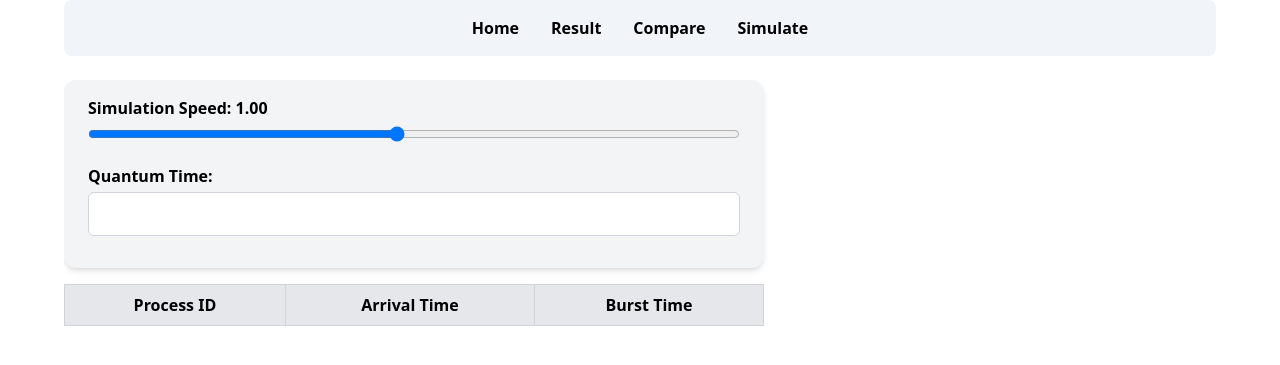
Repository: ujjwalkathait/Process_Scheduler
Page: /simulate
The author's editor kept a copy of each file at every save. The page is drawn from the files as they stood at one save, then again after a run of saves.
The browser window is 1280 px wide. The pictures show the whole page.
The project was rebuilt for these pictures with package versions that can differ from the ones it lists, and the page was loaded fresh each time. Also part of the build but not shown: vite.config.js, src/components/CompareAlgorithmsChart.jsx, src/components/GanttChart.jsx, src/components/GanttChartTable.jsx, src/helpers/ComputeStatistics.js, src/algorithms/FCFS.js, src/algorithms/SJF.js, src/algorithms/Priority.js and 15 more.

Above is the page before, as saved 2025-05-16 08:46:06.

### index.html
<!doctype html>
<html lang="en">
  <head>
    <meta charset="UTF-8" />
    <link rel="icon" type="image/svg+xml" href="./src/assets/scheduling_favicon.jpeg" />
    <meta name="viewport" content="width=device-width, initial-scale=1.0" />
    <title>CPU Scheduling Algorithms Visualization</title>
  </head>
  <body>
    <div id="root"></div>
    <script type="module" src="/src/main.jsx"></script>
  </body>
</html>

### src/main.jsx
import ReactDOM from 'react-dom/client';
import { BrowserRouter } from 'react-router-dom';
import App from './App';
import React from 'react';
import './index.css';

ReactDOM.createRoot(document.getElementById('root')).render(
  <React.StrictMode>
    <App />
  </React.StrictMode>,
)

### src/App.jsx
import React, { useState } from 'react';
import { ToastContainer } from 'react-toastify';
import 'react-toastify/dist/ReactToastify.css';
import Compare from './pages/Compare';
import Home from './pages/Home';
import Result from './pages/Result';
import { Link, Route, BrowserRouter as Router, Routes } from 'react-router-dom';
import { ProcessProvider } from './context/ProcessContext';
import Simulate from './pages/Simulate';

function App() {

  return (
    <ProcessProvider>
      <Router>
        <div className="overflow-x-hidden mx-[5%] mb-[1rem]">
          <nav className="flex justify-center gap-8 p-4 bg-slate-100 rounded-lg">
            <Link to="/" className="font-semibold hover:underline">Home</Link>
            <Link to="/result" className="font-semibold hover:underline">Result</Link>
            <Link to="/compare" className="font-semibold hover:underline">Compare</Link>
            <Link to="/simulate" className="font-semibold hover:underline">Simulate</Link>
          </nav>
          <ToastContainer />
          <Routes>
            <Route path="/" element={<Home />} />
            <Route path="/result" element={<Result />} />
            <Route path="/compare" element={<Compare />} />
            <Route path="/simulate" element={<Simulate />} />

          </Routes>
        </div>
      </Router>
    </ProcessProvider>
  );
}

export default App

### src/index.css
@tailwind base;
@tailwind components;
@tailwind utilities;

input[type="number"] {
  @apply border border-gray-300 rounded-md;
  width: 100%;
  text-align: center;
  font-size: 1.1rem;
}

input[type="radio"] {
  @apply border border-gray-300 rounded-md;
  text-align: center;
  width: 30px;
  margin-top: 0.7rem;
}

.simulate {
  /* background: rgb(49,151,168); */
  letter-spacing: 0.15rem;
  font-weight: 900;
  font-size: 1rem;
}

.reset {
  letter-spacing: 0.08rem;
}

### src/context/ProcessContext.jsx
import React, { createContext, useState } from 'react';

export const ProcessContext = createContext();

export const ProcessProvider = ({ children }) => {
  const [arrivalTime, setArrivalTime] = useState();
  const [burstTime, setBurstTime] = useState();
  const [processId, setProcessID] = useState(1);
  const [processes, setProcesses] = useState([]);
  const [newProcesses, setUpdatedProcesses] = useState([]);
  const [updatedProcesses, setAnotherUpdatedProcesses] = useState([]);
  const [selectedAlgorithm, setSelectedAlgorithm] = useState(0);
  const [priority, setPriority] = useState();
  const [executed, setExecuted] = useState(false);
  const [statisticsData, setStatisticsData] = useState([]);

  const value = {
    arrivalTime,
    burstTime,
    processId,
    processes,
    newProcesses,
    updatedProcesses,
    selectedAlgorithm,
    priority,
    executed,
    statisticsData,
    setArrivalTime,
    setBurstTime,
    setProcessID,
    setProcesses,
    setUpdatedProcesses,
    setAnotherUpdatedProcesses,
    setSelectedAlgorithm,
    setPriority,
    setExecuted,
    setStatisticsData
  };

  return (
    <ProcessContext.Provider value={value}>
      {children}
    </ProcessContext.Provider>
  );
};

### src/pages/Simulate.jsx
import React, { useContext, useState } from 'react';
import { ProcessContext } from '../context/ProcessContext';
import InputTable from '../components/InputTable';
import SimulationControls from '../components/SimulationControls';

export default function Simulate() {
  const {
      processes,
      selectedAlgorithm,
    } = useContext(ProcessContext);
  const [simulationSpeed, setSimulationSpeed] = useState(1.0);
  const [timeQuantum, setTimeQuantum] = useState();

  const handleSimulate = () => { /* start simulation logic */ };
  const handlePause = () => { /* pause simulation logic */ };
  const handleForward = () => { /* forward step logic */ };
  const handleBack = () => { /* backward step logic */ };
  const handleExit = () => { /* cleanup / reset logic */ };

  return (
    <div className="w-full bg-white my-6 flex flex-row gap-10">
      <div className="space-y-4 col-span-1">
        <SimulationControls
          simulationSpeed={simulationSpeed}
          setSimulationSpeed={setSimulationSpeed}
          timeQuantum={timeQuantum}
          setTimeQuantum={setTimeQuantum}
        />
        <InputTable
          processes={processes}
          selectedAlgorithm={selectedAlgorithm}
        />
        {/* <ReadyQueue />
        <div className="space-y-2">
          <CPUStatus status="Idle" algorithm={selectedAlgorithm} />
          <StatsPanel stats={statisticsData} />
        </div> */}
      </div>

      {/* Right Panel */}
      {/* <div className="col-span-2 space-y-4">
        <NavigationButtons />
        <ProcessList />
        <GanttChart />
      </div> */}
    </div>
  );
}

### src/components/InputTable.jsx
import React from 'react'

const InputTable = ({selectedAlgorithm , processes}) => {
    let usesPriority = (selectedAlgorithm === 3 || selectedAlgorithm === 4 || selectedAlgorithm === 7);
  return (
    <table className="w-full border-collapse border border-gray-300 text-center">
        <thead>
            <tr className="bg-gray-200">
            <th className="border border-gray-300 px-4 py-2">Process ID</th>
            <th className="border border-gray-300 px-4 py-2">Arrival Time</th>
            <th className="border border-gray-300 px-4 py-2">Burst Time</th>
            {usesPriority && (
                <th className="border border-gray-300 px-4 py-2">Priority</th>
            )}
            </tr>
        </thead>
        <tbody>
            {processes.map((process, index) => (
            <tr key={process.processId} className="bg-white">
                <td className="border border-gray-300 px-4 py-2">P{index+1}</td>
                <td className="border border-gray-300 px-4 py-2">{process.arrivalTime}</td>
                <td className="border border-gray-300 px-4 py-2">{process.burstTime}</td>
                {usesPriority && (
                <td className="border border-gray-300 px-4 py-2">{process.priority}</td>
                )}
            </tr>
            ))}
        </tbody>
    </table>
  )
}

export default InputTable

### src/components/SimulationControls.jsx
import React, { useState } from 'react';

const SimulateControls = ({
  simulationSpeed,
  setSimulationSpeed,
  timeQuantum,
  setTimeQuantum,
//   onSimulate,
//   onPause,
//   onForward,
//   onBack,
//   onExit,
}) => {
  return (
    <div className="bg-gray-100 w-[700px] px-6 py-4 rounded-xl shadow-md">

      {/* Simulation Speed Slider */}
      <div className="mb-4">
        <label className="block font-semibold mb-1">Simulation Speed: {simulationSpeed.toFixed(2)}</label>
        <input
          type="range"
          min="0.1"
          max="2.0"
          step="0.01"
          value={simulationSpeed}
          onChange={(e) => setSimulationSpeed(parseFloat(e.target.value))}
          className="w-full"
        />
      </div>

      {/* Quantum Time Input */}
      <div className="mb-4">
        <label className="block font-semibold mb-1">Quantum Time:</label>
        <input
          type="number"
          min="1"
          value={timeQuantum}
          onChange={(e) => setTimeQuantum(Number(e.target.value))}
          className="w-full p-2 border rounded"
        />
      </div>

      {/* Buttons */}
      {/* <div className="grid grid-cols-3 gap-4 mt-4">
        <button onClick={onPause} className="bg-yellow-600 hover:bg-yellow-700 text-white font-bold py-2 rounded">
          Pause
        </button>
        <button onClick={onBack} className="bg-gray-500 hover:bg-gray-600 text-white font-bold py-2 rounded">
          Back
        </button>
        <button onClick={onSimulate} className="bg-green-600 hover:bg-green-700 text-white font-bold py-2 rounded">
          Simulate
        </button>
        <button onClick={onForward} className="bg-blue-600 hover:bg-blue-700 text-white font-bold py-2 rounded">
          Forward
        </button>
        <button onClick={onExit} className="bg-red-600 hover:bg-red-700 text-white font-bold py-2 rounded col-span-2">
          Exit
        </button>
      </div> */}
    </div>
  );
};

export default SimulateControls;

Loaded but not shown: tailwind.config.js (common file)

After the next 2 saves:
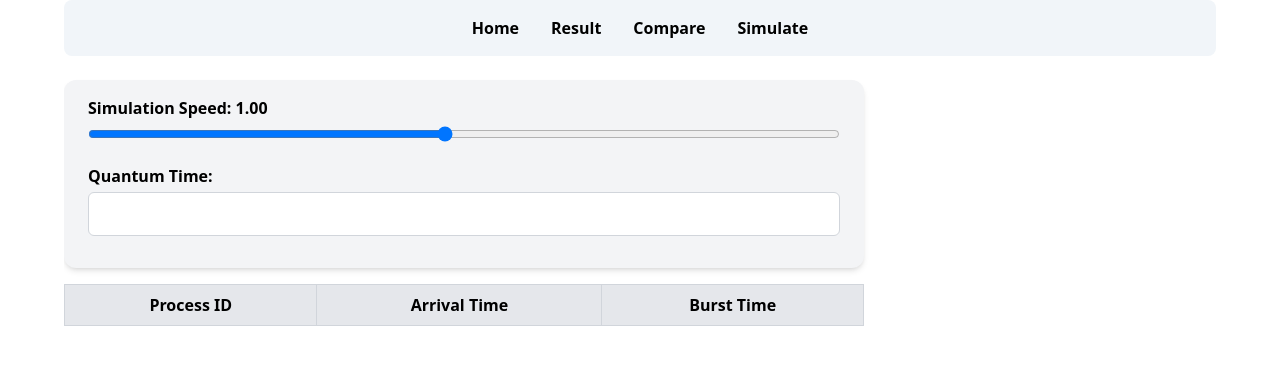
The 2 saves are shown as one change because they came seconds apart.
The last was saved 15 s later.
--- a/src/components/SimulationControls.jsx
+++ b/src/components/SimulationControls.jsx
@@ -12,7 +12,7 @@ const SimulateControls = ({
 //   onExit,
 }) => {
   return (
-    <div className="bg-gray-100 w-[700px] px-6 py-4 rounded-xl shadow-md">
+    <div className="bg-gray-100 w-[800px] px-6 py-4 rounded-xl shadow-md">
 
       {/* Simulation Speed Slider */}
       <div className="mb-4">
